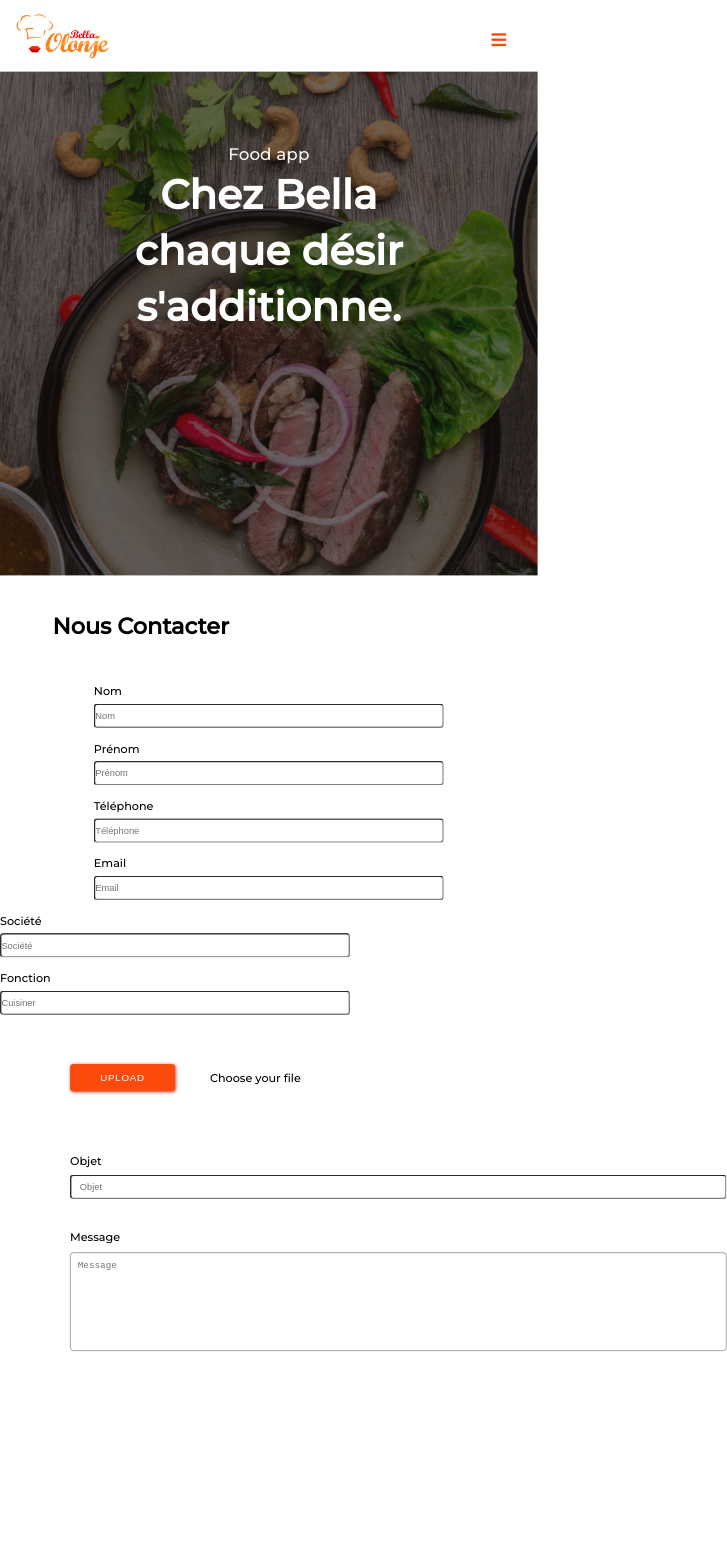
Repository: sisilass31/bella-olonje
Page: html/contact.html
An editor plug-in stored every save of this project. The page is shown before and after a run of saves, followed by the edit.
The browser window is 768 px wide. The page is 1038 px wide, so the pictures cover 1038 px, including what lies to the right of the window. The pictures show the part of the page from y = 0 to 2240 px (the page is 2603 px tall), at 70% of full size.
Pictures or frames that could not be fetched are drawn as grey boxes. Some web libraries are served in a nearby version.

Above is the page before, as saved 2023-02-15 10:17:35.

After the next 2 saves:
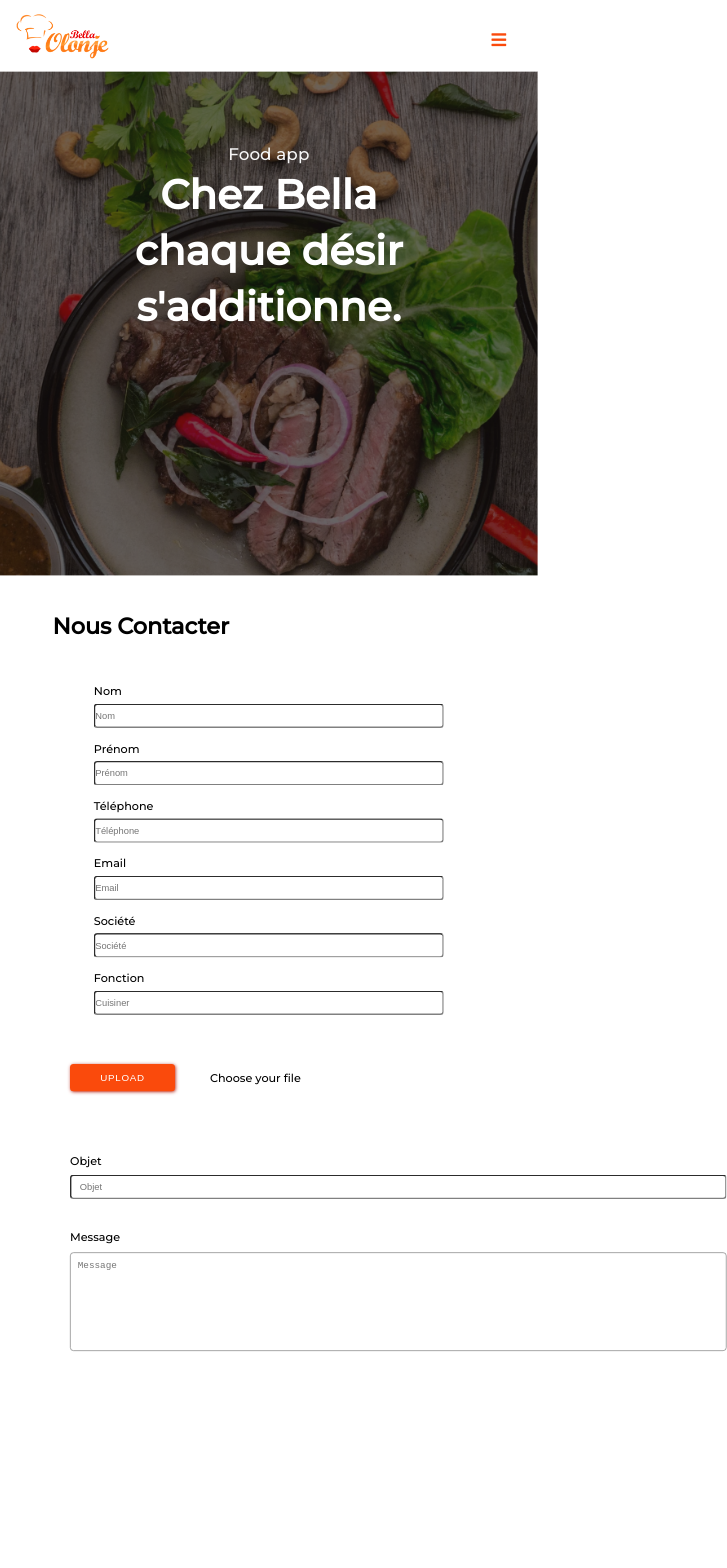
The 2 saves are shown as one change because they came seconds apart.
The last was saved 19 s later.
--- a/css/contact.css
+++ b/css/contact.css
@@ -363,20 +363,24 @@ textarea {
     .label1 {
         padding: 0;
     }
-    .label1 input{
+
+    .label1 input {
         padding: 0;
         width: 500px;
     }
+
     .telephone_email {
         padding: 0;
         flex-direction: column;
         justify-content: center;
-align-items: center;
+        align-items: center;
     }
 
     .société_fonction {
         padding: 0;
         flex-direction: column;
+        justify-content: center;
+        align-items: center;
     }
 
     .grp_infos {
